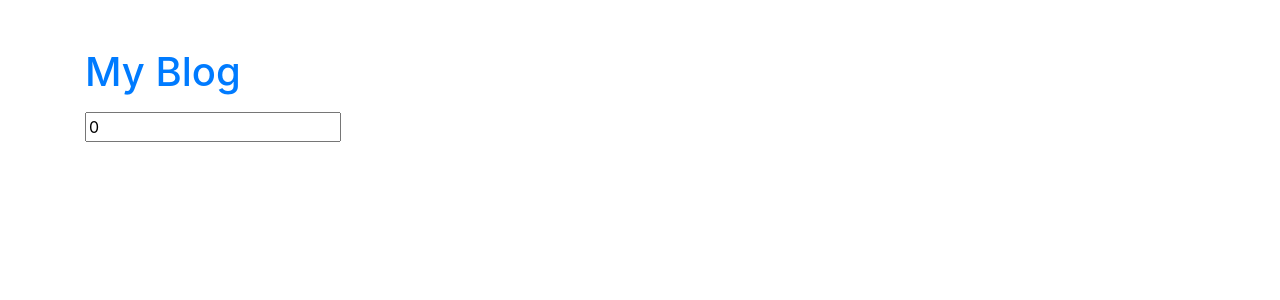
Repository: striver-69/Assignment_React
Page: /
These files come from the project's save history. The page is drawn as it stood at one moment and after the next save; the edit follows.
The browser window is 1280 px wide. The pictures show the whole page.
The project was rebuilt for these pictures with package versions that can differ from the ones it lists, and the page was loaded fresh each time. Also part of the build but not shown: src/App.css.

Above is the page before, as saved 2021-04-05 21:13:00.

After the next save:
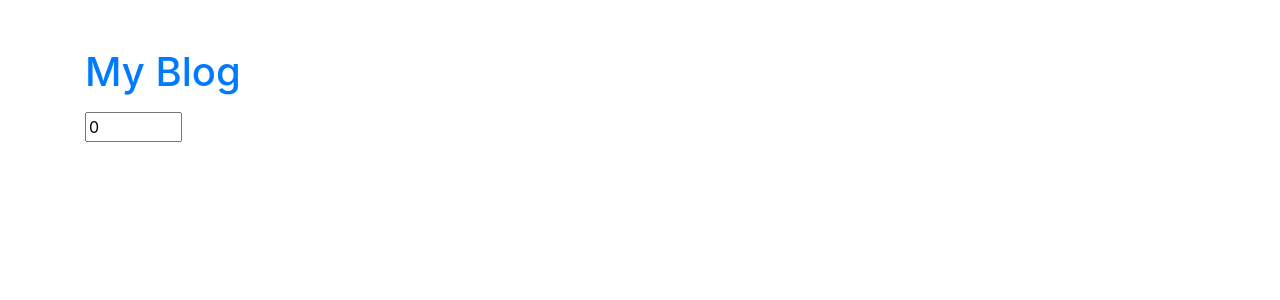
Saved 2 min 11 s later.
--- a/src/App.js
+++ b/src/App.js
@@ -32,7 +32,7 @@ const App = () => {
   return (
     <div className='container mt-5'>
       <h1 className='text-primary mb-3'>My Blog</h1>
-      <input type="number"value={text} onChange={(e)=>setText(e.target.value)}/>
+      <input type="number" min="1" max="100"value={text} onChange={(e)=>setText(e.target.value)}/>
     </div>
   );
 };
